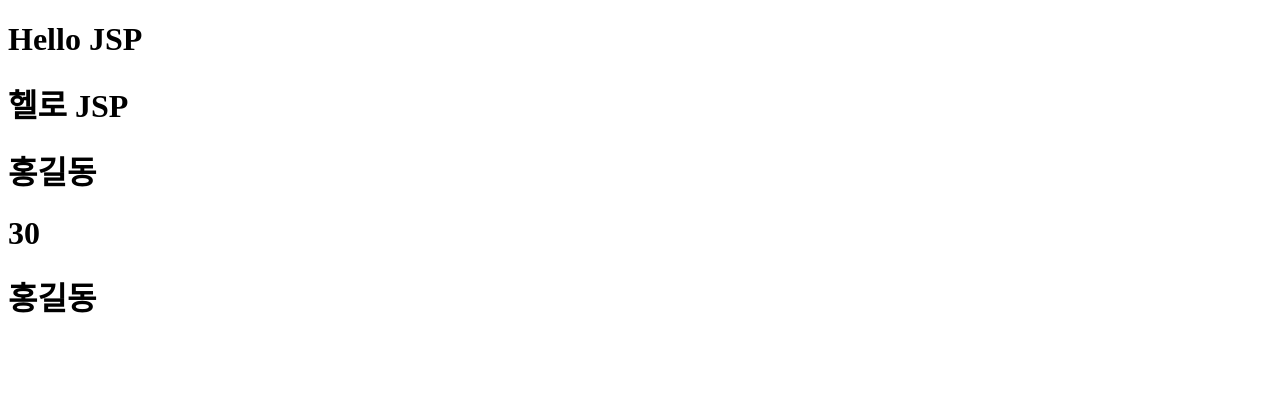
Repository: kimseunghyo/lecture-jsp
Page: http://localhost/jsp02/hello.jsp
These files come from the project's save history. The page is drawn as it stood at one moment and after the next save; the edit follows.
The browser window is 1280 px wide. The pictures show the whole page.
The page is served by Tomcat 9. Other server files are loaded and not shown.

Above is the page before, as saved 2023-03-03 01:52:14.

### jsp02/src/main/webapp/hello.jsp
<%@ page language="java" contentType="text/html; charset=UTF-8"
	pageEncoding="UTF-8"%>
<!DOCTYPE html>
<html>
<head>
<meta charset="UTF-8">
<title>Insert title here</title>
</head>
<body>
	<%
	String name = "홍길동";
	int age = 30;
	%>
	<h1>Hello JSP</h1>
	<h1>헬로 JSP</h1>
	<h1><% out.println(name); %></h1>
	<h1><% out.println(age); %></h1>
	<h1><%= name %></h1>
</body>
</html>

After the next save:
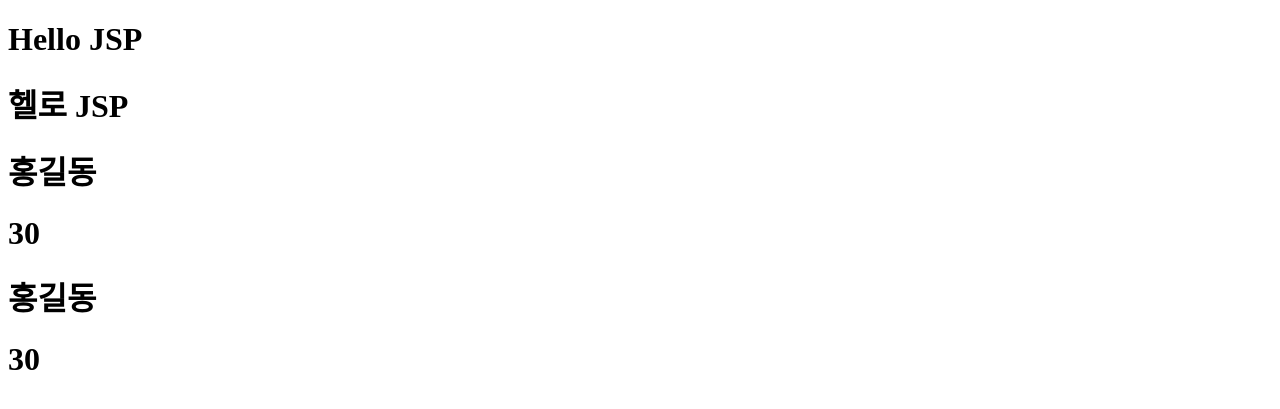
Saved 10 s later.
--- a/jsp02/src/main/webapp/hello.jsp
+++ b/jsp02/src/main/webapp/hello.jsp
@@ -16,5 +16,6 @@
 	<h1><% out.println(name); %></h1>
 	<h1><% out.println(age); %></h1>
 	<h1><%= name %></h1>
+	<h1><%= age %></h1>
 </body>
 </html>
